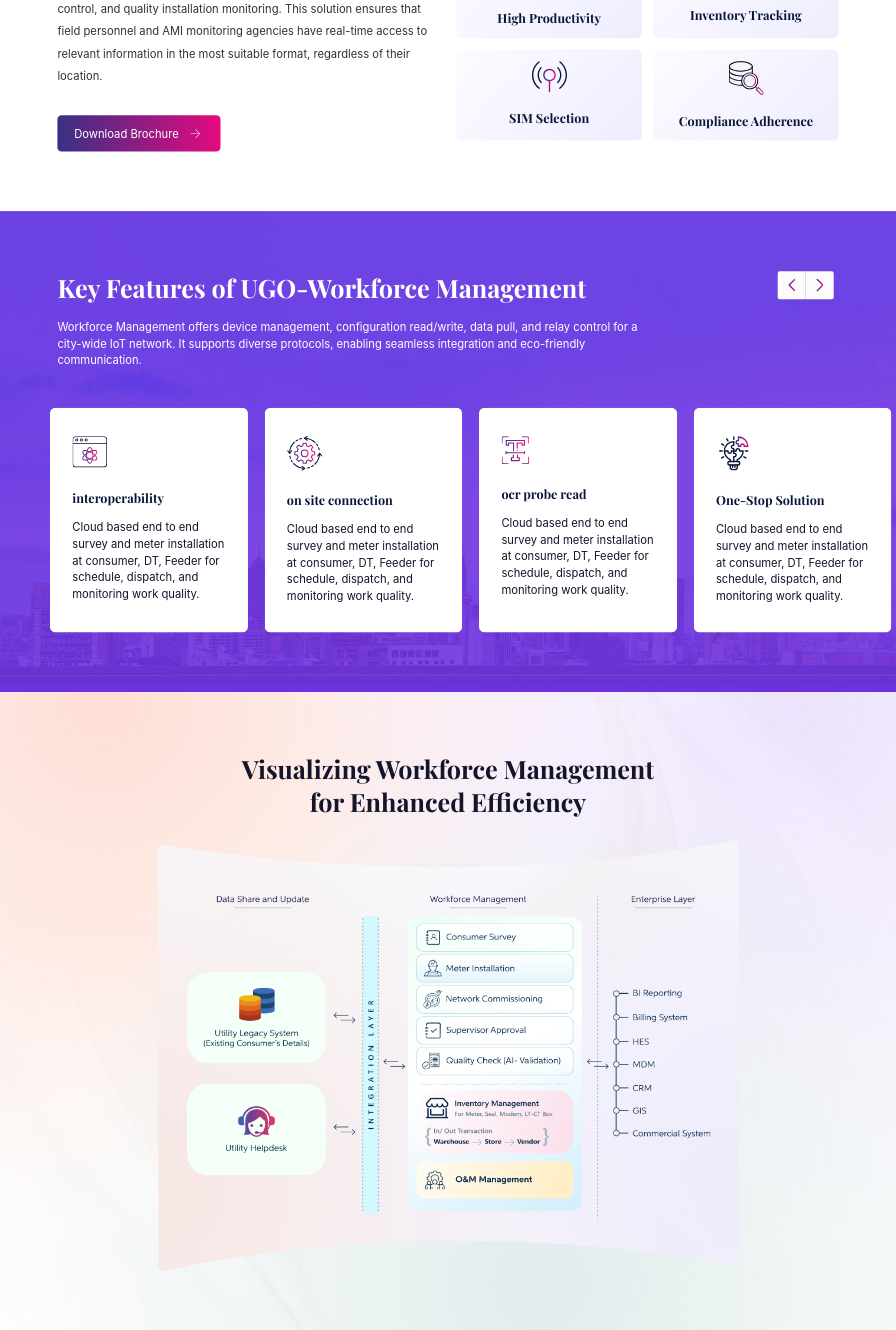
Repository: mangalravi/inventive
Page: WFM-Detail-Page.html
An editor plug-in stored every save of this project. The page is shown before and after the next save, followed by the edit.
The browser window is 1280 px wide. The pictures show the part of the page from y = 892 to 2812 px (the page is 2792 px tall before and 2812 px after), at 70% of full size.
Some web fonts or font styles are not loaded; a fallback is used. The style sheet was rebuilt from its Sass, Less or Tailwind sources for each picture, by a compiler version that may differ from the author's.

Above is the page before, as saved 2024-07-11 10:46:38.

After the next save:
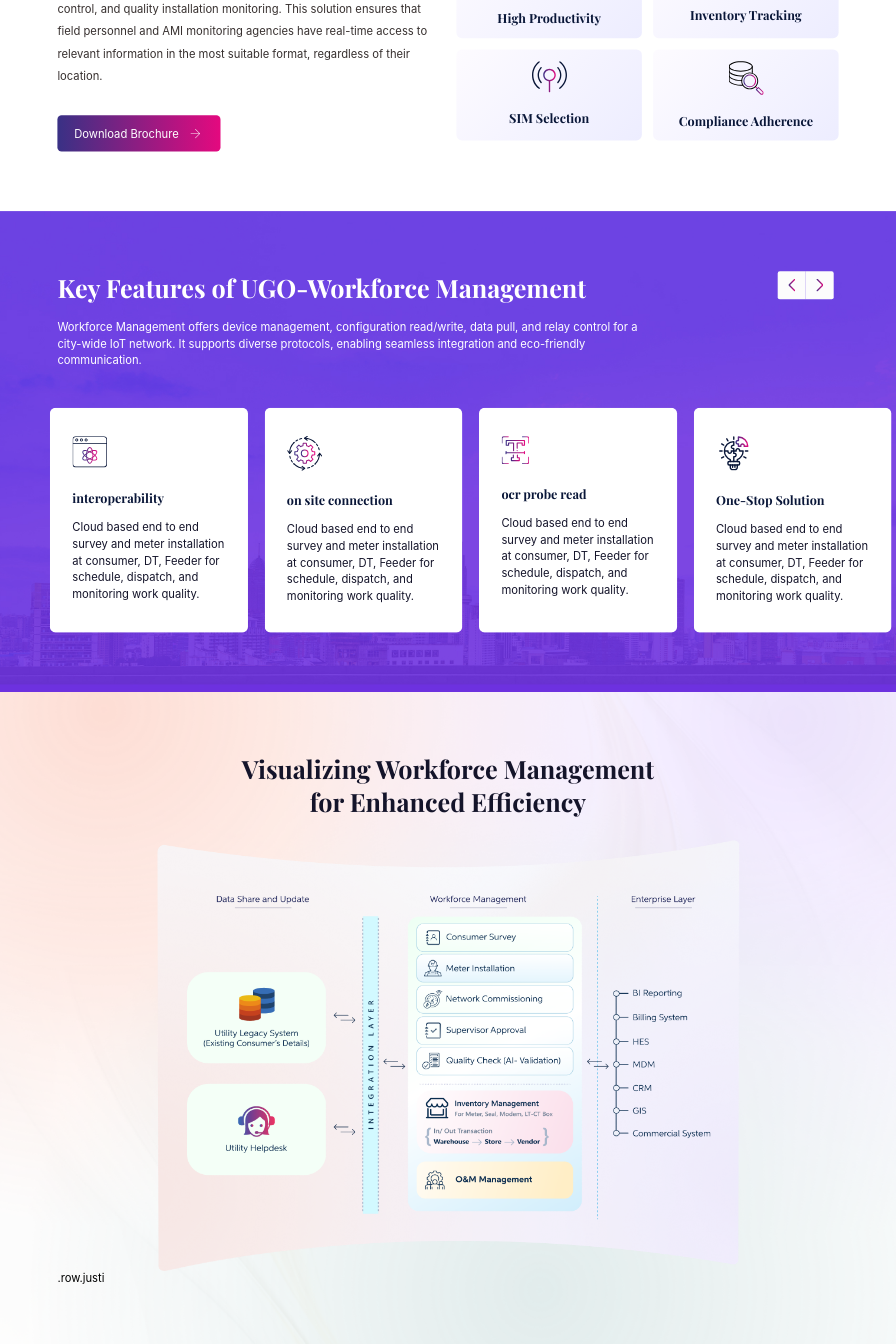
Saved 5 min 50 s later.
--- a/WFM-Detail-Page.html
+++ b/WFM-Detail-Page.html
@@ -497,6 +497,7 @@
             </div>
           </div>
         </div>
+        .row.justi
       </div>
     </section>
 
